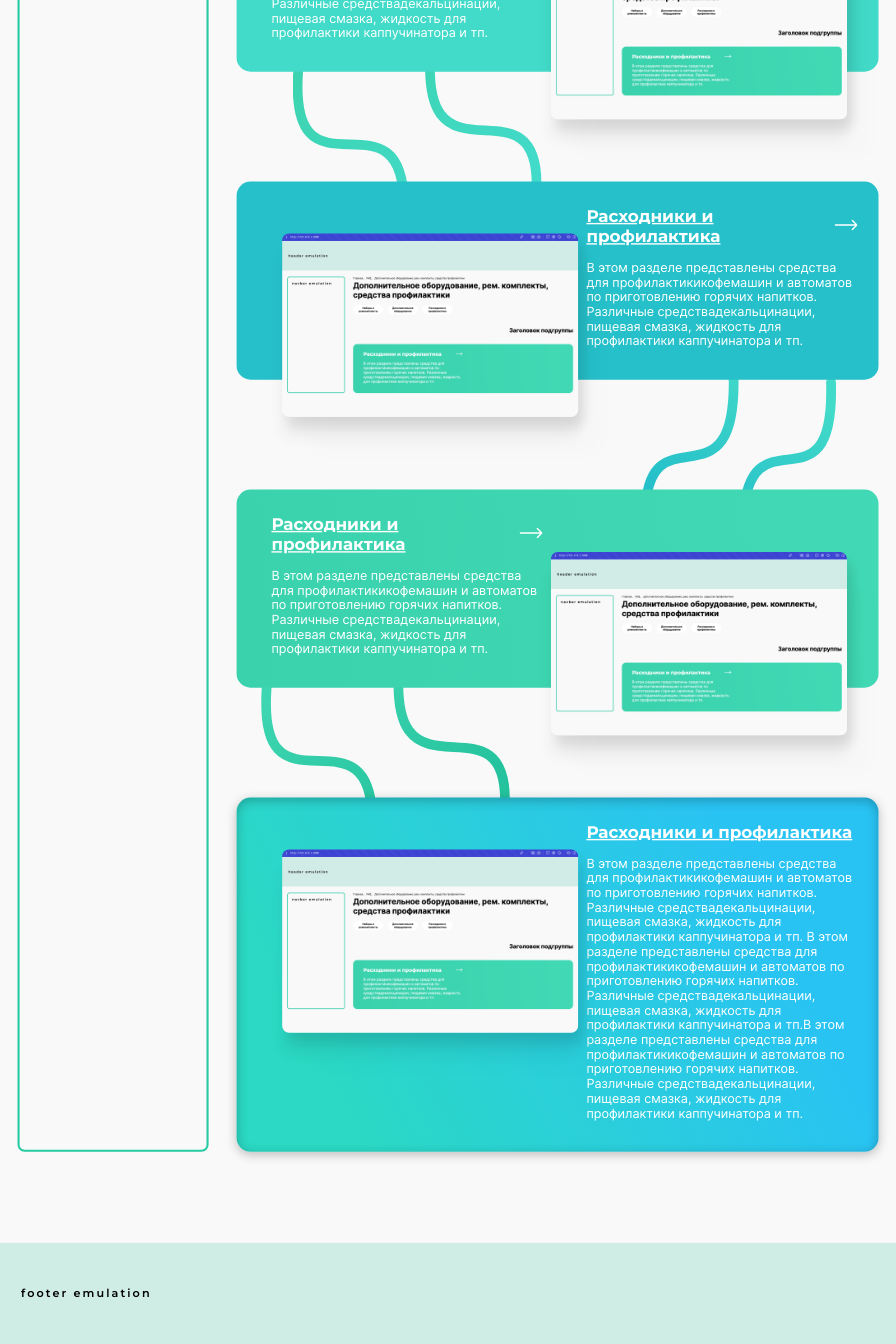
Repository: axonde/venpart-faq-pages
Page: index.html
The author's editor kept a copy of each file at every save. The page is drawn from the files as they stood at one save, then again after the next save.
The browser window is 1280 px wide. The pictures show the part of the page from y = 1378 to 3298 px (the page is 3298 px tall), at 70% of full size.

Above is the page before, as saved 2024-02-28 20:16:21.

After the next save:
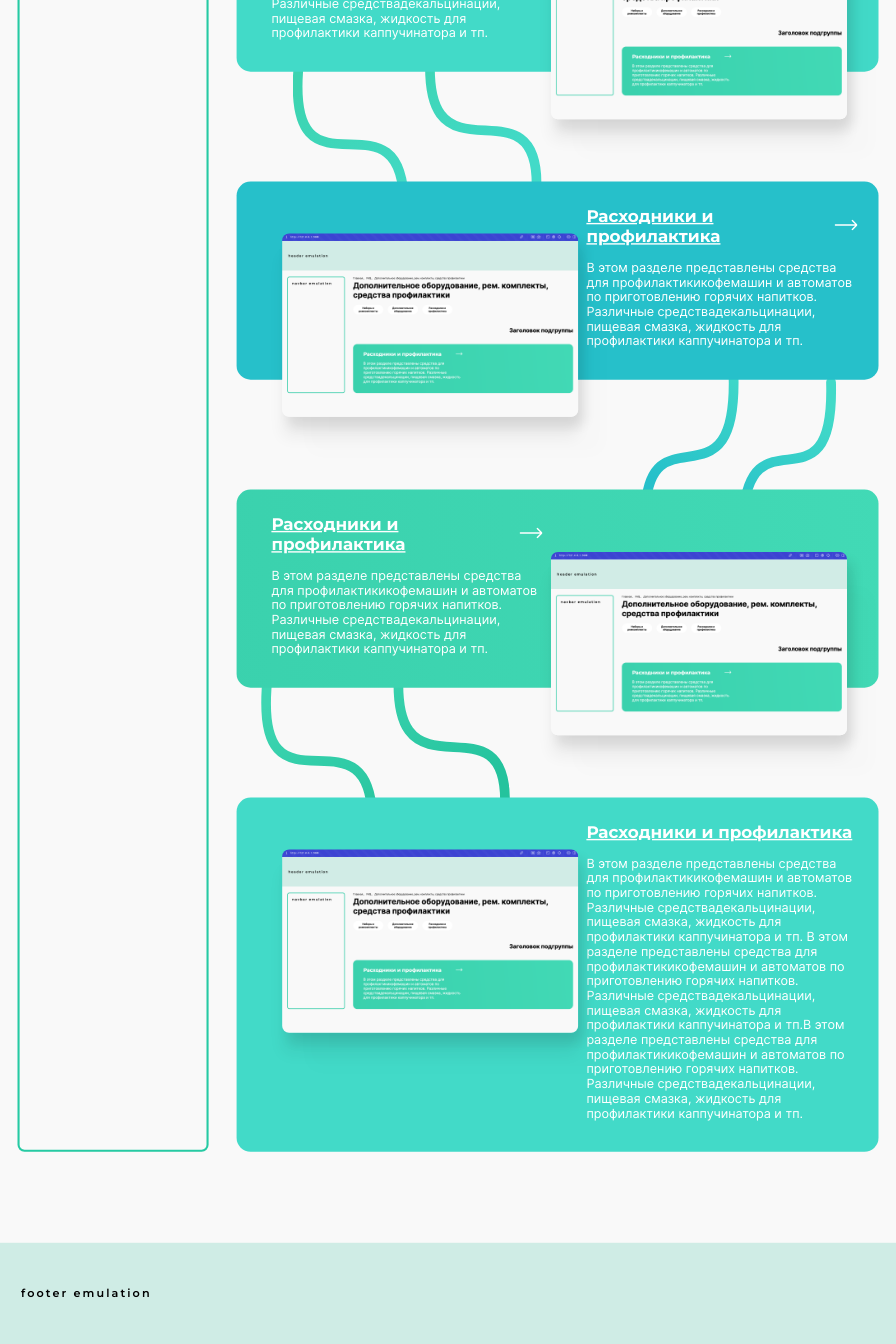
Saved 12 s later.
--- a/index.html
+++ b/index.html
@@ -158,7 +158,7 @@
 								</div>
 							</div>
 
-							<div class="faq__item block">
+							<div class="faq__item no-photo">
 								<div class="faq__item--wrapper">
 									<div class="faq__item--text-wrapper">
 										<div class="faq__item--text-name">
